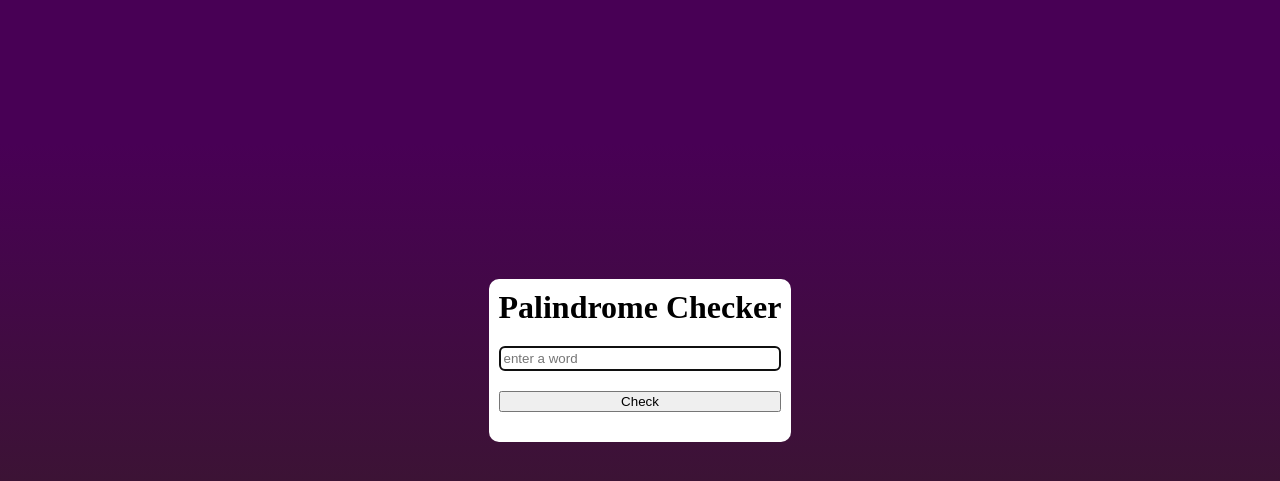
Repository: albinsabu2023/palindromeChecker
Page: index.html
The author's editor kept a copy of each file at every save. The page is drawn from the files as they stood at one save, then again after the next save.
The browser window is 1280 px wide. The pictures show the whole page.
The first visible `.container input` has the focus.

Above is the page before, as saved 2023-09-12 01:18:56.

### index.html
<!DOCTYPE html>
<html lang="en">
<head>
    <meta charset="UTF-8">
    <meta name="viewport" content="width=device-width, initial-scale=1.0">
    <title>Document</title>
    <link rel="stylesheet" href="style.css">
</head>
<body>
    <div class="container">
        <h1>Palindrome Checker</h1>
        <input type="text" id="inputText" placeholder="enter a word">
        <button id="checkButton">Check</button>
        <div id="result">

        </div>
    </div>
    <script src="home.js"></script>
</body>
</html>

### style.css
*{
    margin:0;

}
body{
    display: flex;
    align-items: center;
    justify-content: center;
    height: 100vh;
    background:linear-gradient(rgb(72, 0, 85) 20%, rgb(58, 22, 48) 74%) ;
}
.container{
    padding: 10px;
    margin: 10px;
    background-color: white;
    border-radius: 10px;
    display: flex;
    flex-direction: column ;
    gap: 20px;
}
.container input{
    border:1px solid rgb(117, 3, 100);
    border-radius: 5px;
    padding: 4px;
}

Loaded but not shown: home.js (no copy from this time; the picture is the same without it)

After the next save:
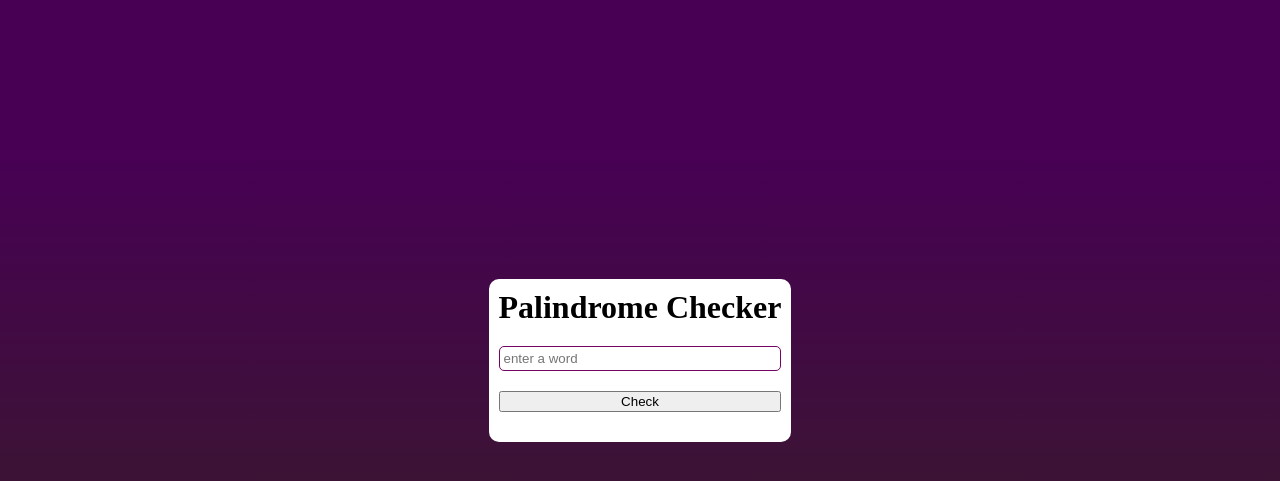
Saved 21 s later.
--- a/style.css
+++ b/style.css
@@ -23,3 +23,6 @@ body{
     border-radius: 5px;
     padding: 4px;
 }
+.container input:focus{
+    outline: none;
+}
